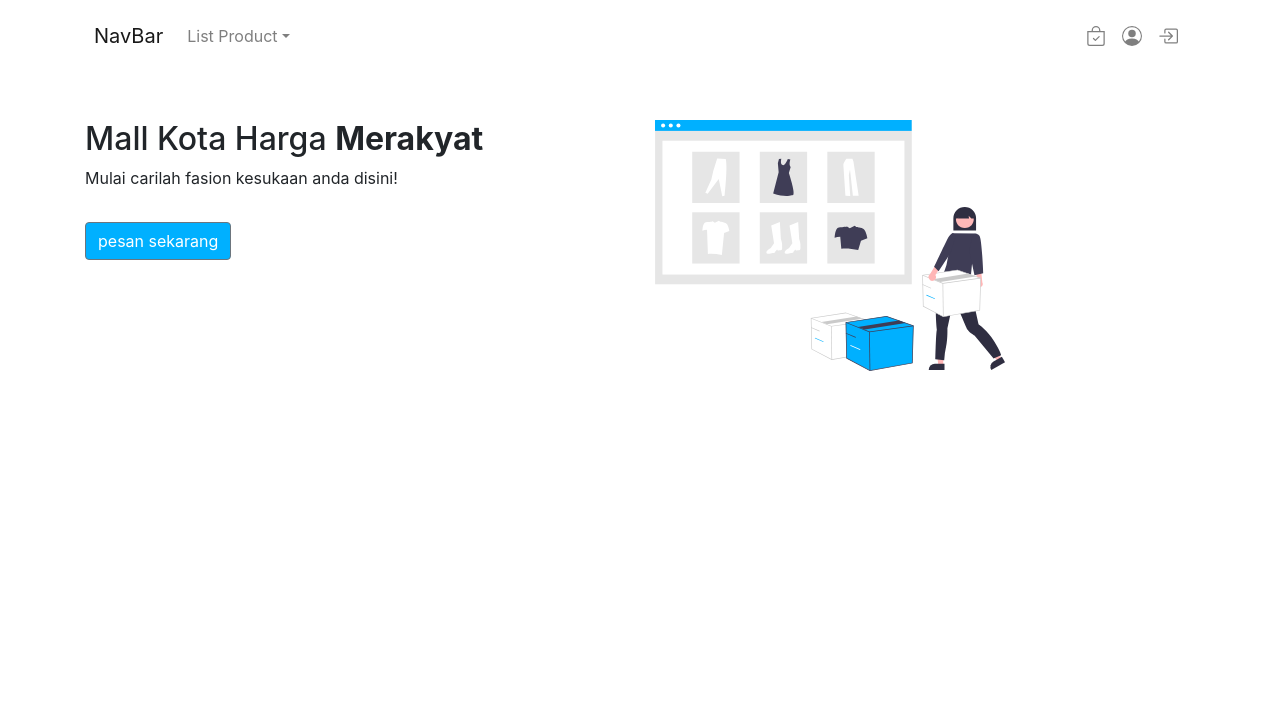
Repository: AHSANS354/ecommerce-catalog
Page: /
An editor plug-in stored every save of this project. The page is shown before and after a run of saves, followed by the edit.
The browser window is 1280 px wide. The pictures show the whole page.
Pictures or frames that could not be fetched are drawn as grey boxes. The project was rebuilt for these pictures with package versions that can differ from the ones it lists, and the page was loaded fresh each time. Also part of the build but not shown: vue.config.js.

Above is the page before, as saved 2023-03-01 16:23:36.

After the next 4 saves:
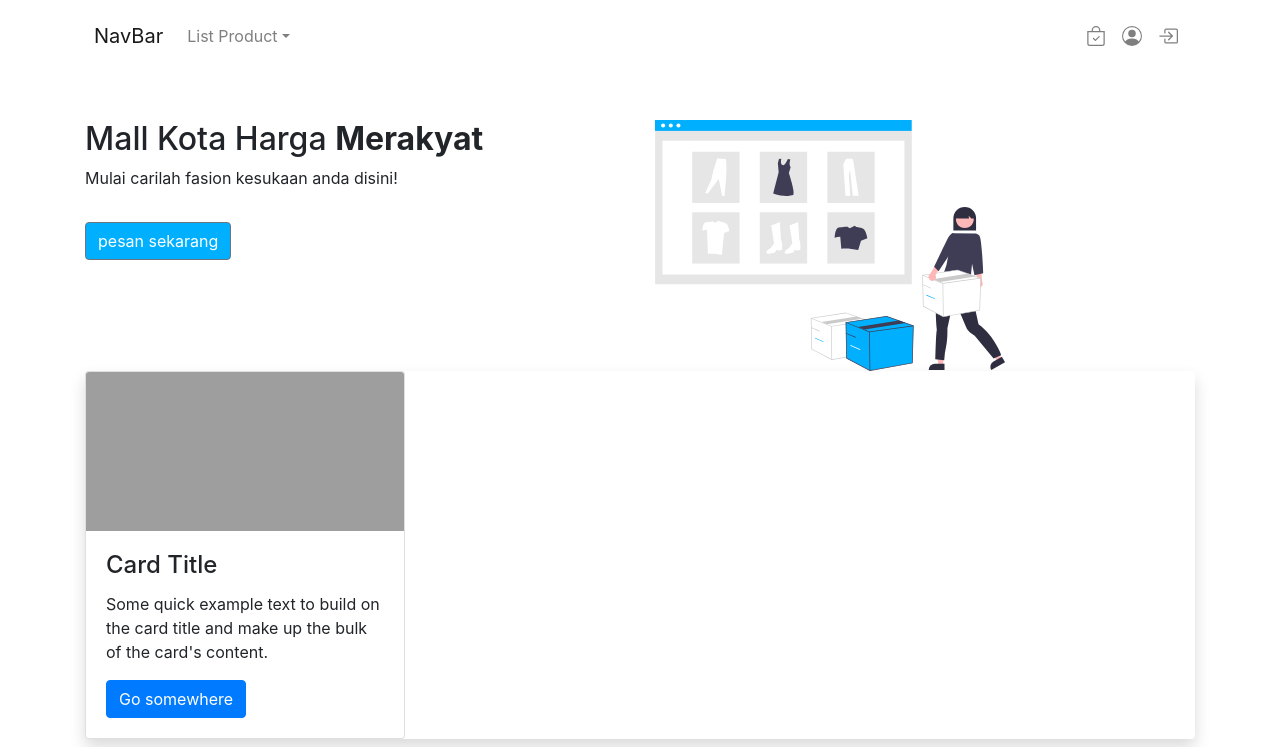
The 4 saves are shown as one change because 3 did not build or start.
The last was saved 3 min 23 s later.
--- a/src/views/HomeView.vue
+++ b/src/views/HomeView.vue
@@ -16,6 +16,7 @@
             width="350"
           />
         </div>
+        <card-product />
       </div>
     </div>
   </div>
@@ -23,12 +24,14 @@
 
 <script>
 import NavbarView from "@/components/NavbarView.vue";
+import CardProduct from "@/components/CardProduct.vue";
 // @ is an alias to /src
 
 export default {
   name: "HomeView",
   components: {
     NavbarView,
+    CardProduct,
   },
 };
 </script>
--- a/src/components/CardProduct.vue
+++ b/src/components/CardProduct.vue
@@ -4,19 +4,20 @@
       <div class="col">
         <div class="rounded shadow">
           <b-card
-            :title="product.nama"
-            :img-src="'/assets/images/' + product.gambar"
+            title="Card Title"
+            img-src="https://picsum.photos/600/300/?image=25"
             img-alt="Image"
             img-top
             tag="article"
-            img-height="200rem"
+            style="max-width: 20rem"
             class="mb-2"
           >
-            <b-card-text>Harga : Rp. {{ product.harga }} </b-card-text>
+            <b-card-text>
+              Some quick example text to build on the card title and make up the
+              bulk of the card's content.
+            </b-card-text>
 
-            <router-link :to="'/foods/' + product.id" class="btn btn-info">
-              <b-icon-cart-check></b-icon-cart-check> Pesan</router-link
-            >
+            <b-button href="#" variant="primary">Go somewhere</b-button>
           </b-card>
         </div>
       </div>
